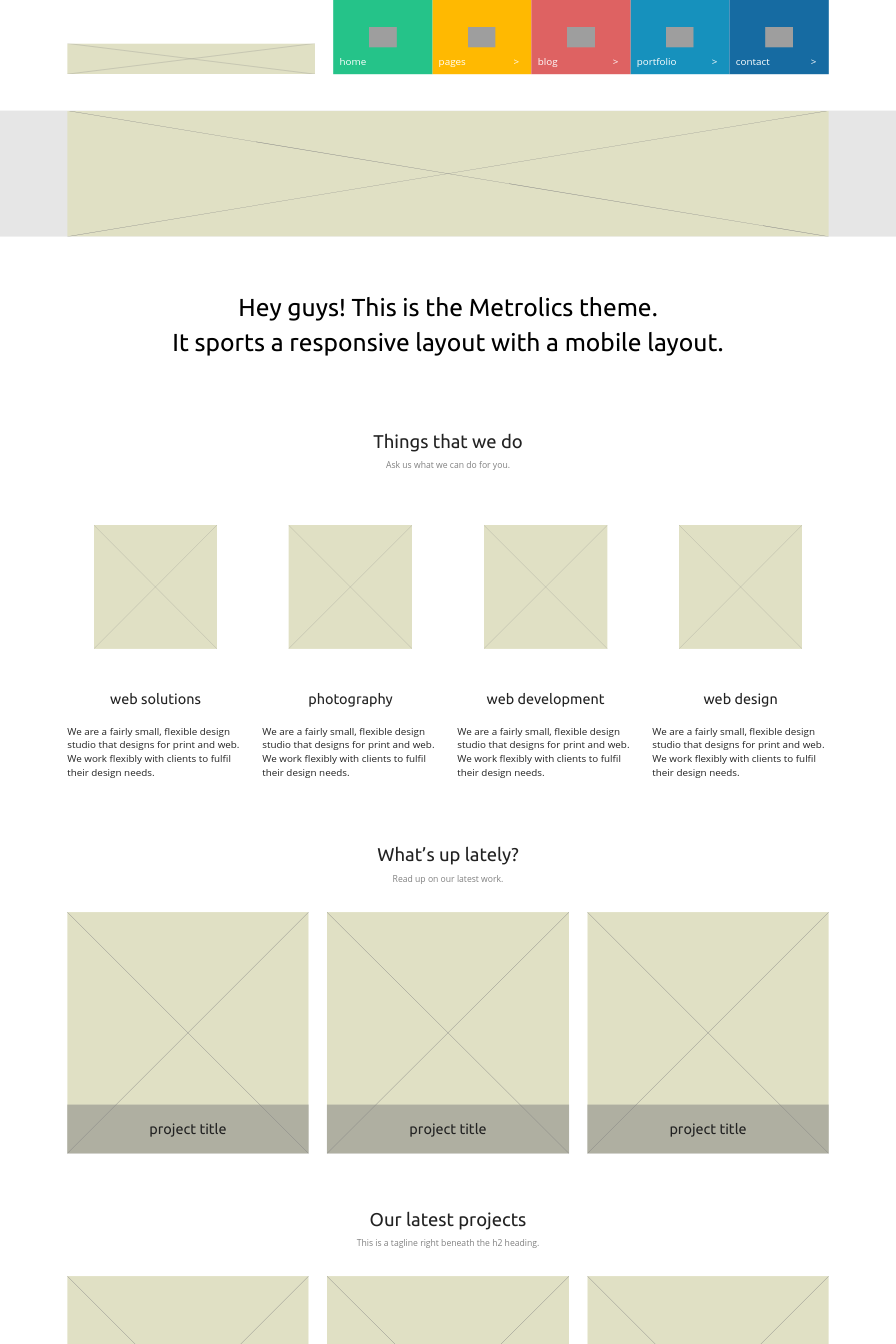
Repository: eilidhma/metrolics
Page: index.html
The author's editor kept a copy of each file at every save. The page is drawn from the files as they stood at one save, then again after the next save.
The browser window is 1280 px wide. The pictures show the part of the page from y = 0 to 1920 px (the page is 3636 px tall), at 70% of full size.
Pictures or frames that could not be fetched are drawn as grey boxes.

Above is the page before, as saved 2021-02-12 16:23:17.

### index.html
<!doctype html>
<html class="no-js" lang="en">

<head>
  <meta charset="utf-8">
  <title>Metrolics</title>
  <meta name="description" content="">
  <meta name="viewport" content="width=device-width, initial-scale=1">

  <meta property="og:title" content="">
  <meta property="og:type" content="">
  <meta property="og:url" content="">
  <meta property="og:image" content="">

  <link rel="manifest" href="site.webmanifest">
  <link rel="apple-touch-icon" href="icon.png">
  <link rel="preconnect" href="https://fonts.gstatic.com">
  <link href="https://fonts.googleapis.com/css2?family=Ubuntu&display=swap" rel="stylesheet">
  <link rel="stylesheet" href="css/normalize.css">
  <link rel="stylesheet" href="css/main.css">

  <meta name="theme-color" content="#fafafa">
</head>

<body class="page page-home">
  <header class="page__header">
    <div class="row m-1-2">
      <nav class="mobile-nav m-hide l-hide">
        Metrolics
      </nav>
      <div class="column">
        <img class="logo" src="img/placeholder.svg" alt="slider placeholder">
      </div>
      <nav class="column main-nav">
        <a href="#" class="main-nav__item active">home</a>
        <a href="#" class="main-nav__item">pages</a>
        <a href="#" class="main-nav__item">blog</a>
        <a href="#" class="main-nav__item">portfolio</a>
        <a href="#" class="main-nav__item">contact</a>
      </nav>
    </div>
  </header>


  <div class="page__slider s-hide">
    <div class="row">
      <div class="column">
        <img src="img/placeholder.svg" alt="slider placeholder">
      </div>
    </div>
  </div>

  <div class="page__intro">
    <div class="row">
      <h1 class="heading">
        Hey guys! This is the Metrolics theme. <br> It sports a responsive layout with a mobile layout.
      </h1>
    </div>
  </div>

  <section class="about">
    <div class="row m-col-2 l-col-4">
      <div class="column row-span">
        <h2 class="heading">
          Things that we do
        </h2>
        <p class="tagline">
          Ask us what we can do for you.
        </p>
      </div>
      <div class="column things">
        <img src="img/placeholder.svg" alt="placeholder">
        <h3 class="heading">web solutions</h3>
        <p>
          We are a fairly small, flexible design studio that designs for print and web. We work flexibly with clients to fulfil their design needs.
        </p>
      </div>
      <div class="column things">
        <img src="img/placeholder.svg" alt="placeholder">
        <h3 class="heading">photography</h3>
        <p>
          We are a fairly small, flexible design studio that designs for print and web. We work flexibly with clients to fulfil their design needs.
        </p>
      </div>
      <div class="column things">
        <img src="img/placeholder.svg" alt="placeholder">
        <h3 class="heading">web development</h3>
        <p>
          We are a fairly small, flexible design studio that designs for print and web. We work flexibly with clients to fulfil their design needs.
        </p>
      </div>
      <div class="column things">
        <img src="img/placeholder.svg" alt="placeholder">
        <h3 class="heading">web design</h3>
        <p>
          We are a fairly small, flexible design studio that designs for print and web. We work flexibly with clients to fulfil their design needs.
        </p>
      </div>
    </div>
  </section>

  <section class="projects--new">
    <div class="row m-col-2 l-col-3">
      <div class="column row-span">
        <h2 class="heading">
          What’s up lately?
        </h2>
        <p class="tagline">
            Read up on our latest work.
        </p>
      </div>
      <div class="column special-project">
        <figure class="project">
          <img src="img/placeholder.svg" alt="placeholder">
          <figcaption class="project__caption">
            <h3 class="heading">project title</h3>
          </figcaption>
        </figure>
      </div>
      <!-- proj col ends here -->
      <div class="column">
        <figure class="project">
          <img src="img/placeholder.svg" alt="placeholder">
          <figcaption class="project__caption">
            <h3 class="heading">project title</h3>
          </figcaption>
        </figure>
      </div>
      <!-- proj col ends here -->
      <div class="column">
        <figure class="project">
          <img src="img/placeholder.svg" alt="placeholder">
          <figcaption class="project__caption">
            <h3 class="heading">project title</h3>
          </figcaption>
        </figure>
      </div>
      <!-- proj col ends here -->
    </div>
  </section>
  <!-- projects-new ends here -->

  <section class="projects">
    <div class="row m-col-2 l-col-3">
      <div class="column row-span">
        <h2 class="heading">
          Our latest projects
        </h2>
        <p class="tagline">
          This is a tagline right beneath the h2 heading.
        </p>
      </div>
      <div class="column">
        <figure class="project">
          <img src="img/placeholder.svg" alt="placeholder">
          <figcaption class="project__caption">
            <h3 class="heading">project title</h3>
          </figcaption>
        </figure>
      </div>
      <!-- proj col ends here -->
      <div class="column">
        <figure class="project">
          <img src="img/placeholder.svg" alt="placeholder">
          <figcaption class="project__caption">
            <h3 class="heading">project title</h3>
          </figcaption>
        </figure>
      </div>
      <!-- proj col ends here -->
      <div class="column">
        <figure class="project">
          <img src="img/placeholder.svg" alt="placeholder">
          <figcaption class="project__caption">
            <h3 class="heading">project title</h3>
          </figcaption>
        </figure>
      </div>
      <!-- proj col ends here -->
      <div class="column">
        <figure class="project">
          <img src="img/placeholder.svg" alt="placeholder">
          <figcaption class="project__caption">
            <h3 class="heading">project title</h3>
          </figcaption>
        </figure>
      </div>
      <!-- proj col ends here -->
      <div class="column">
        <figure class="project">
          <img src="img/placeholder.svg" alt="placeholder">
          <figcaption class="project__caption">
            <h3 class="heading">project title</h3>
          </figcaption>
        </figure>
      </div>
      <!-- proj col ends here -->
      <div class="column">
        <figure class="project">
          <img src="img/placeholder.svg" alt="placeholder">
          <figcaption class="project__caption">
            <h3 class="heading">project title</h3>
          </figcaption>
        </figure>
      </div>
      <!-- proj col ends here -->
    </div>
  </section>
  <!-- projects-new ends here -->

  <section class="thingsofabove">
    <div class="row l-col-2">
      <div class="column row-span">
        <h2 class="heading">
          Thingsofabove
        </h2>
        <p class="tagline">
          Misc stuff we could not put anywhere else
        </p>
      </div>
      <div class="column">
        <p>Accordion menu here</p>
      </div>
      <div class="column">
        <p>Accordion menu here</p>
      </div>
    </div>
  </section>

  <div class="sponsors">
  <div class="row m-col-5">
    <div class="column">
        <img src="img/placeholder.svg" alt="placeholder">
    </div>
    <div class="column">
        <img src="img/placeholder.svg" alt="placeholder">
    </div>
    <div class="column">
        <img src="img/placeholder.svg" alt="placeholder">
    </div>
    <div class="column">
        <img src="img/placeholder.svg" alt="placeholder">
    </div>
    <div class="column">
        <img src="img/placeholder.svg" alt="placeholder">
    </div>
  </div>
  </div>

  <footer class="page__footer">
  <div class="row m-col-2 l-col-4 row-no-margin">
    <div class="page__footer__intro column row-span">
        <h3 class="heading inverted">
            Pewee Herman
        </h3>
        <p class="inverted">
            Peewee has over 10 years experience in the industry. He is our Creative Director, digital designer, web designer and front-end developer. He is also pretty good with a sketchbook. Before starting the company Peewee worked as a designer and studio manager
            for a design house who boasted a number of big name clients.
        </p>>

    </div>
    <div class="column about-us s-hide">
        <h4 class="inverted">About Us</h4>
        <p class="inverted">
            Minions ipsum potatoooo potatoooo uuuhhh. Chasy poulet tikka masala jiji wiiiii hahaha po kass tulaliloo potatoooo. Bee do bee do bee do chasy ti aamoo! Po kass daa bee do bee do bee do po kass wiiiii butt chasy. Pepete uuuhhh hahaha gelatooo belloo!
            Bananaaaa aaaaaah butt potatoooo hana dul sae butt. Hahaha wiiiii ti aamoo! Ti aamoo! Baboiii jeje. Hahaha gelatooo daa me want bananaaa! Underweaaar potatoooo tank yuuu! Aaaaaah potatoooo poopayee.
        </p>
    </div>
    <div class="column flickr s-hide">
        <h4 class="inverted">Flickr Photos</h4>
        <div class="sub-grid m-col-3">
            <div class="column">
                <img src="img/placeholder.svg" alt="placeholder">
            </div>
            <div class="column">
                <img src="img/placeholder.svg" alt="placeholder">
            </div>
            <div class="column">
                <img src="img/placeholder.svg" alt="placeholder">
            </div>
            <div class="column">
                <img src="img/placeholder.svg" alt="placeholder">
            </div>
            <div class="column">
                <img src="img/placeholder.svg" alt="placeholder">
            </div>
            <div class="column">
                <img src="img/placeholder.svg" alt="placeholder">
            </div>
        </div>
    </div>
    <div class="column soc-msgs">
        <h4 class="inverted">Recent Tweets</h4>
        <ul class="twts">
            <li class="twts__item inverted">
                <span class="twts__item__tag">
                    <a href="#">#minions</a> - ipsum potatoooo potatoooo uuuhhh. Chasy poulet tikka masala jiji wiiiii hahaha po kass tulaliloo
                </span>
            </li>
            <li class="twts__item inverted">
                <span class="twts__item__tag">
                    <a href="#">#minions</a> psum banana potatoooo uuuhhh. Chasy poulet tikka masala jiji wiiiii hahaha  tulaliloo potatoooo.
                </span>
            </li>
        </ul>
    </div>
    <div class="column newsletter s-hide">
        <h4 class="inverted">Newsletter</h4>
        <p class="inverted">
            Minions ipsum potatoooo potatoooo uuuhhh. Chasy poulet tikka masala jiji wiiiii hahaha po kass tulaliloo potatoooo. Bee do bee do bee do chasy ti aamoo! Po kass daa bee do bee do bee do po kass wiiiii butt chasy. Pepete uuuhhh hahaha gelatooo belloo!
            Bananaaaa aaaaaah butt potatoooo hana dul sae butt.</p>
            <input class="email" type="email" placeholder="Enter your Email...">
    </div>
  </div>
  </footer>




  <script src="js/vendor/modernizr-3.11.2.min.js"></script>
  <script src="js/plugins.js"></script>
  <script src="js/main.js"></script>

  <!-- Google Analytics: change UA-XXXXX-Y to be your site's ID. -->
  <script>
    window.ga = function () { ga.q.push(arguments) }; ga.q = []; ga.l = +new Date;
    ga('create', 'UA-XXXXX-Y', 'auto'); ga('set', 'anonymizeIp', true); ga('set', 'transport', 'beacon'); ga('send', 'pageview')
  </script>
  <script src="https://www.google-analytics.com/analytics.js" async></script>

</body>


</html>

Loaded but not shown: css/normalize.css (library); js/vendor/modernizr-3.11.2.min.js (library); img/house-user.svg (1 lines, source omitted); img/network-wired.svg (1 lines, source omitted); img/envelope.svg (1 lines, source omitted); img/briefcase.svg (1 lines, source omitted); js/plugins.js (24 lines, source omitted); js/main.js (6 lines, source omitted); css/main.css (622 lines, source omitted)

After the next save:
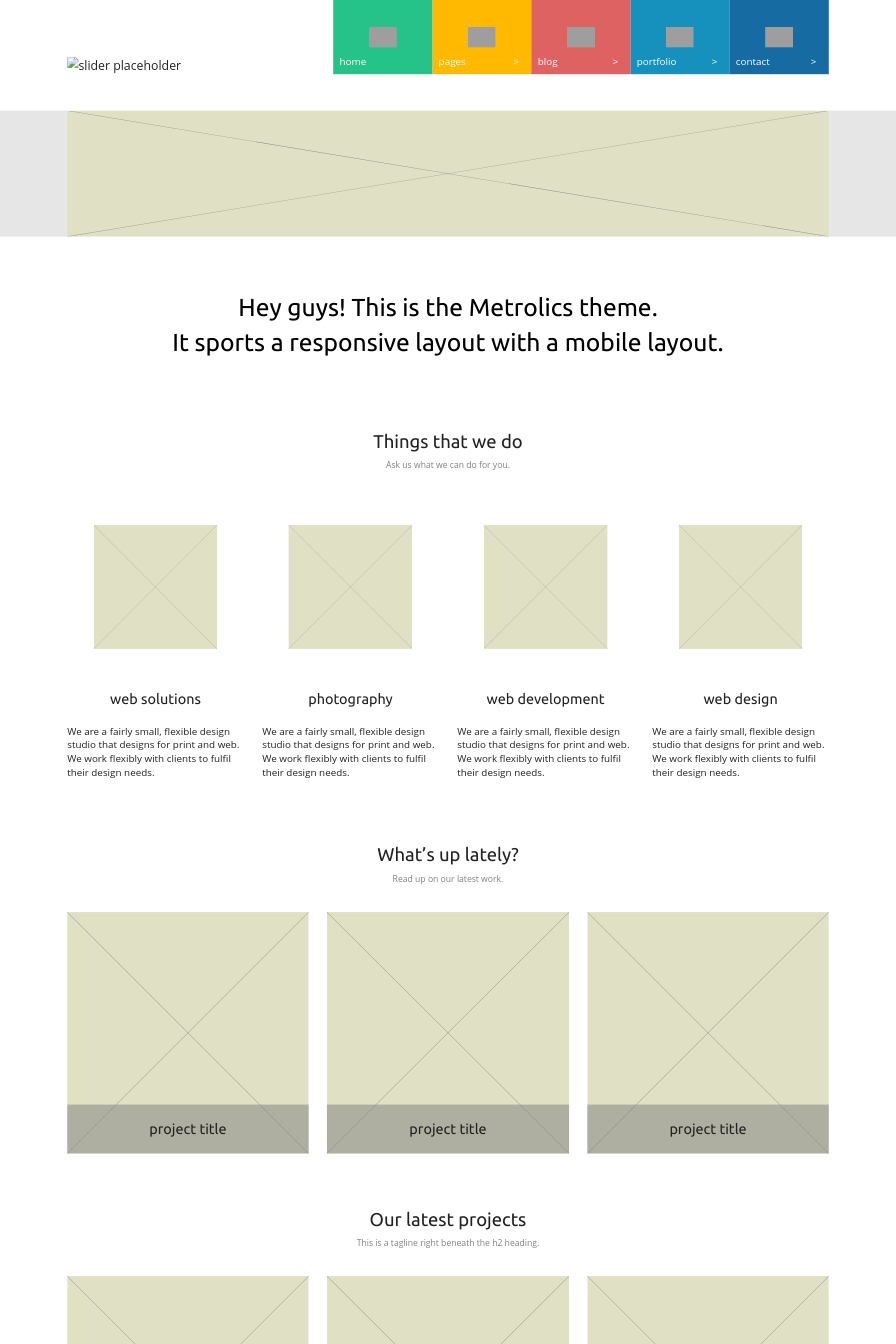
Not found: img/placeholdersvg
Saved 5 min 45 s later.
--- a/index.html
+++ b/index.html
@@ -29,7 +29,7 @@
         Metrolics
       </nav>
       <div class="column">
-        <img class="logo" src="img/placeholder.svg" alt="slider placeholder">
+        <img class="logo" src="img/placeholdersvg" alt="slider placeholder">
       </div>
       <nav class="column main-nav">
         <a href="#" class="main-nav__item active">home</a>

After the save that followed:
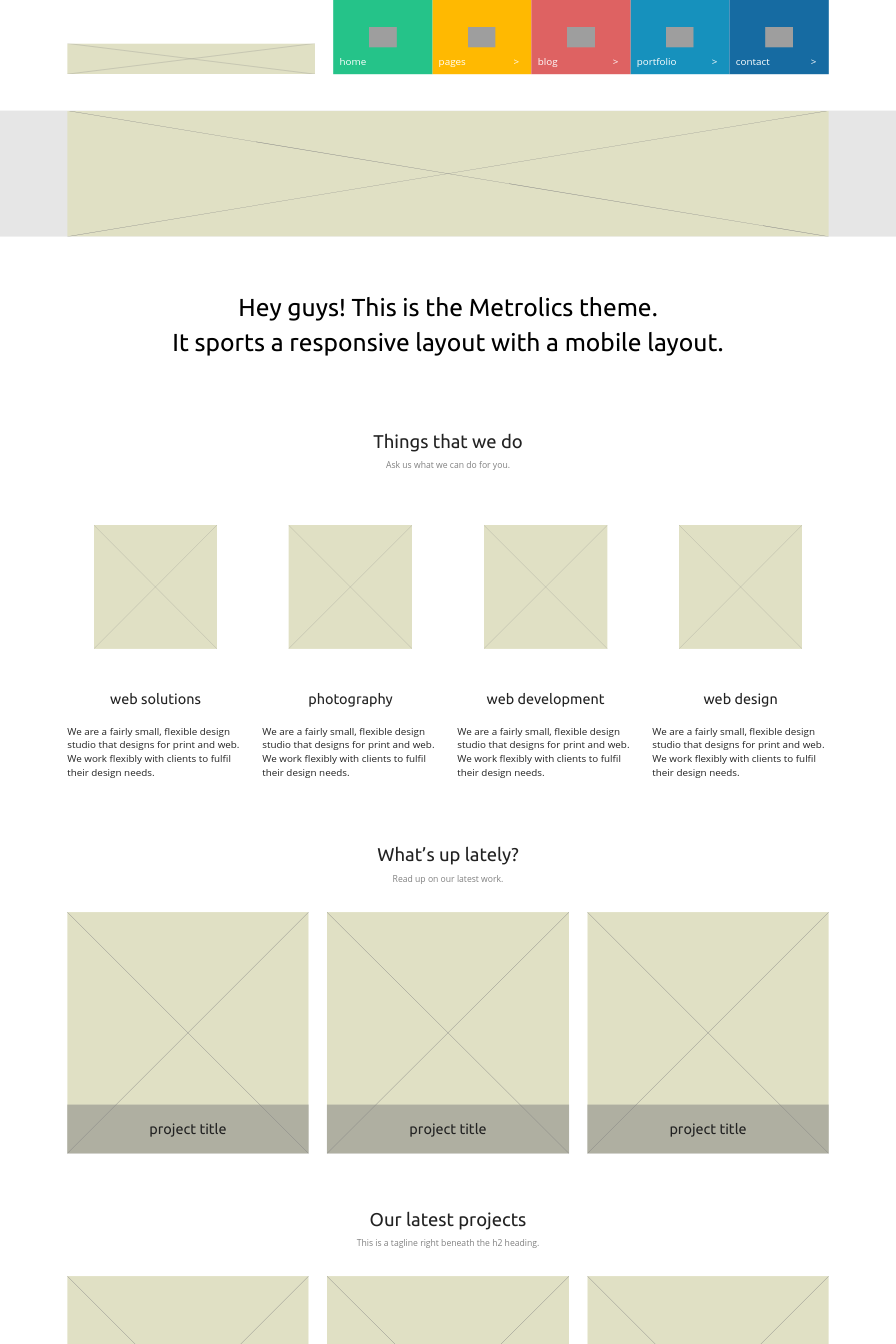
Saved 6 s later.
--- a/index.html
+++ b/index.html
@@ -29,7 +29,7 @@
         Metrolics
       </nav>
       <div class="column">
-        <img class="logo" src="img/placeholdersvg" alt="slider placeholder">
+        <img class="logo" src="img/placeholder.svg" alt="slider placeholder">
       </div>
       <nav class="column main-nav">
         <a href="#" class="main-nav__item active">home</a>
